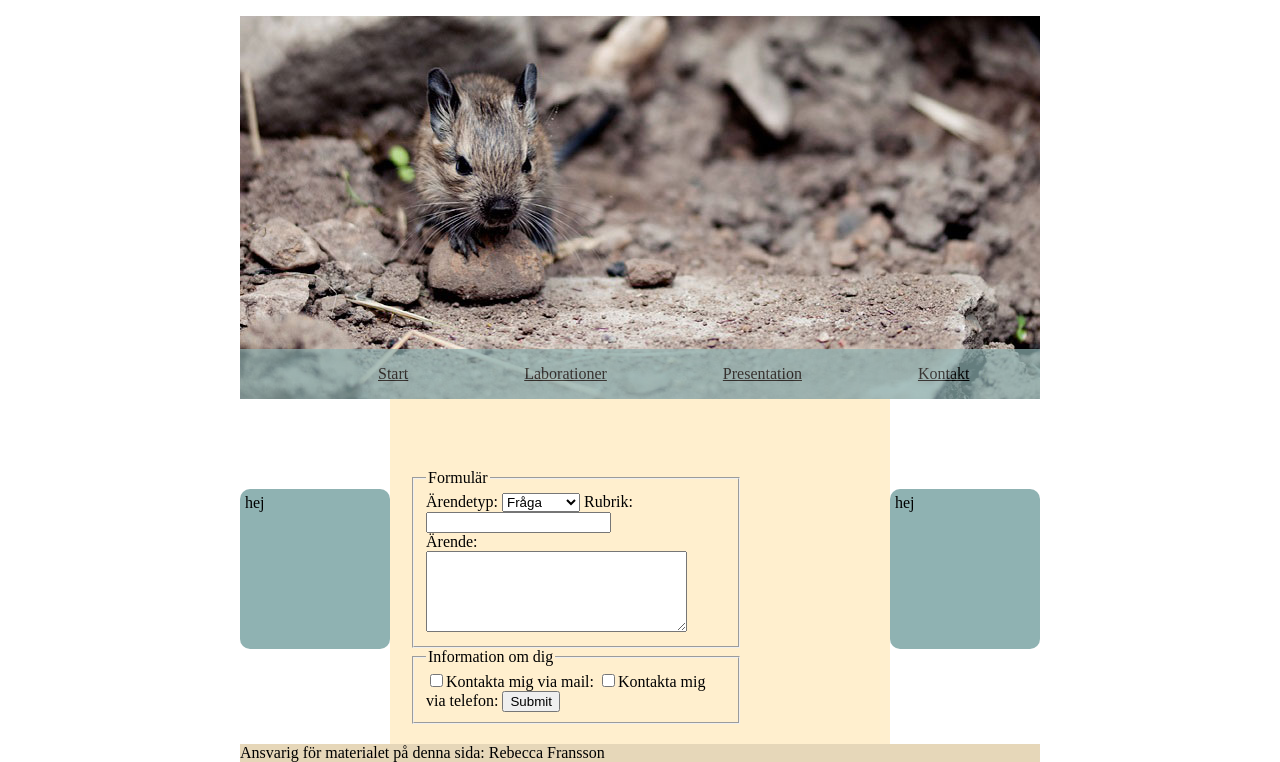
Repository: RebeccaFransson/Interfacedevelopment-1IK415
Page: pages/kontakt.html
The author's editor kept a record of every edit. The page is drawn from the files as they stood at one moment, then again after the next edit.
The browser window is 1280 px wide. The pictures show the whole page.

Above is the page before.

After the next edit:
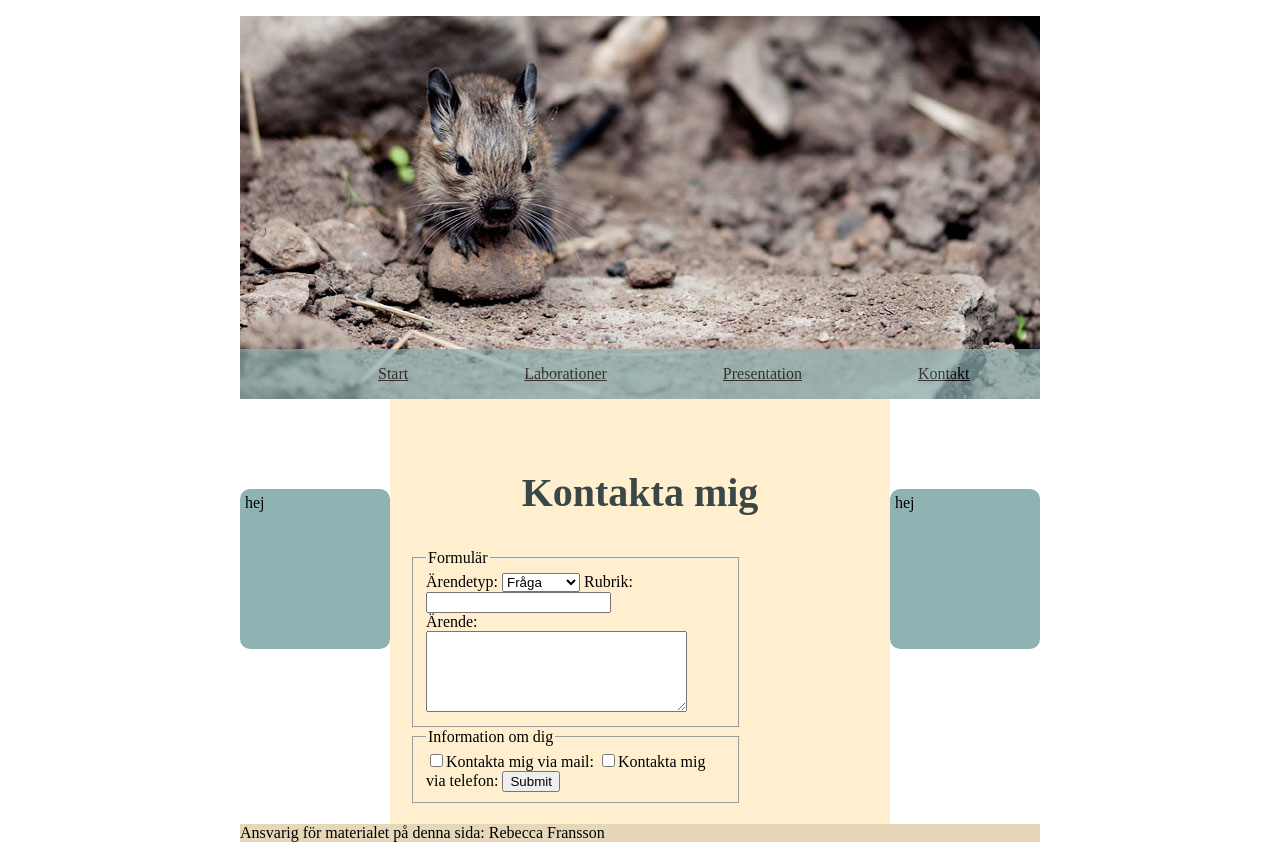
The edit:
--- a/pages/kontakt.html
+++ b/pages/kontakt.html
@@ -28,7 +28,9 @@
      hej
     </div>
 
+
    <div id="content">
+   <h2>Kontakta mig</h2>
        <form name="form" method="post" action="http://voyager.lnu.se/tekinet/kurser/dtt/wp_webbintro/form.php">
          <fieldset style="width: 300px" >
           <legend>Formulär</legend>
